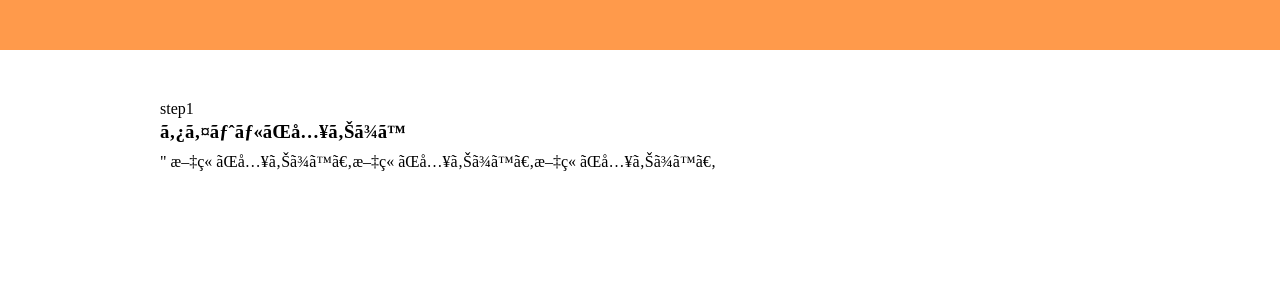
Repository: ayakodesu/html-practice
Page: chapter9/chapter9.html
The author's editor kept a record of every edit. The page is drawn from the files as they stood at one moment, then again after the next edit.
The browser window is 1280 px wide. The pictures show the whole page.

Above is the page before.

### chapter9/chapter9.html
<!DOCTYPE html>
<html iang="ja">
  <head>
    <meat charset="UTF-8" />
<link rel="stylesheet" href="chapter9.css">

</head>

<body>
  <header></header>

<main>
  <div class="step-box">
    <div class=step-imag1.jpg”>
      <span class="step-num">step1</span>
      <h3 class="title">タイトルが入ります</h3>
      <p class="text">
        " 文章が入ります。文章が入ります。文章が入ります。
  </div>


</main>

### chapter9/chapter9.css
* {
  margin: 0;
  padding: 0;
  box-sizing: border-box;
}

header {
  height: 50px;
  background-color: #ff9a4b;
}


main {
  width: 960px;
  margin: 50px auto;
}

After the next edit:
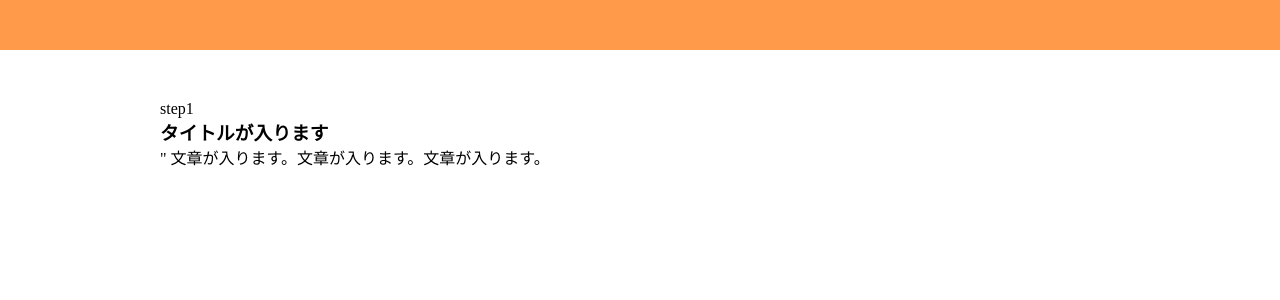
The edit:
--- a/chapter9/chapter9.html
+++ b/chapter9/chapter9.html
@@ -1,7 +1,7 @@
 <!DOCTYPE html>
 <html iang="ja">
   <head>
-    <meat charset="UTF-8" />
+    <meta charset="UTF-8">
 <link rel="stylesheet" href="chapter9.css">
 
 </head>
